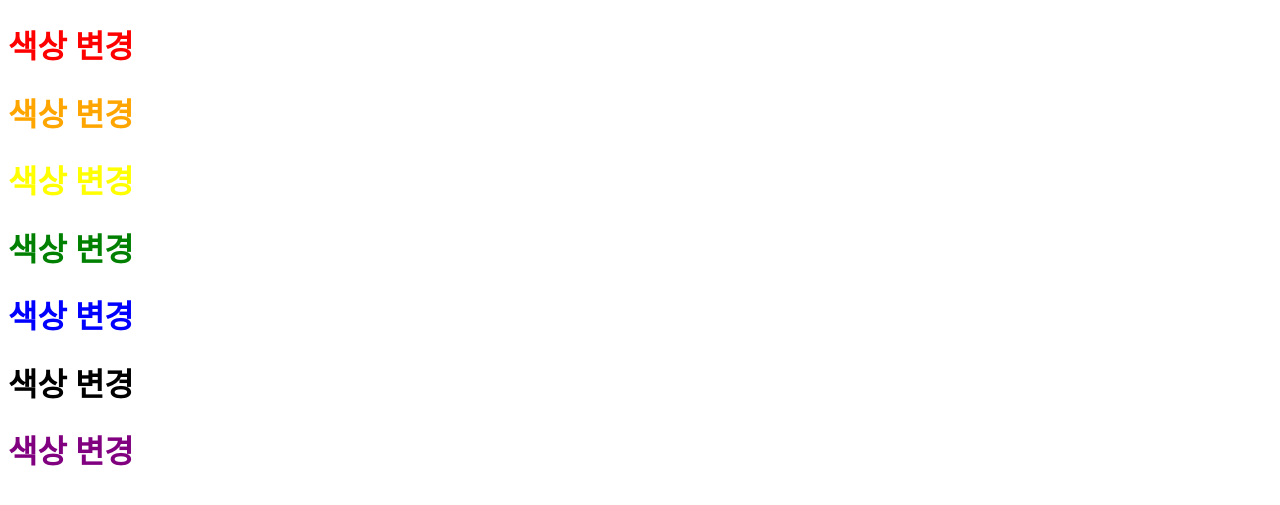
Repository: bbiot317/JSP
Page: http://localhost/Study05/
An editor plug-in stored every save of this project. The page is shown before and after the next save, followed by the edit.
The browser window is 1280 px wide. The pictures show the whole page.
The page is served by Tomcat 9.

Above is the page before, as saved 2022-05-31 06:40:05.

After the next save:
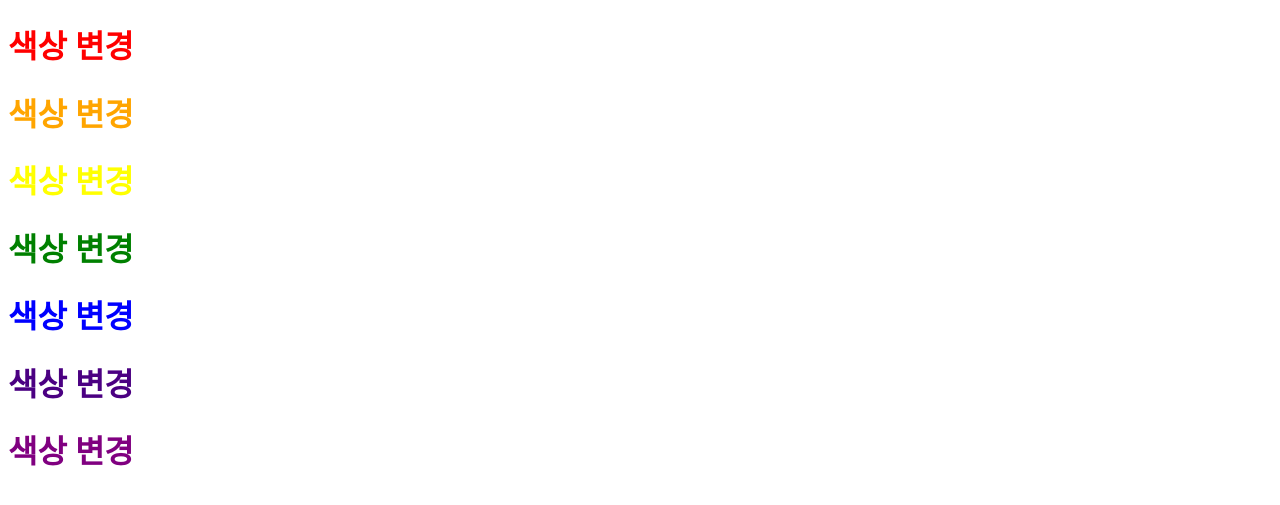
Saved 13 min 39 s later.
--- a/Study05/src/main/webapp/index.jsp
+++ b/Study05/src/main/webapp/index.jsp
@@ -11,6 +11,7 @@
 		<%
 			String temp="색상 변경";
 			String temp2="";
+			String[] co=new String[]{"red","orange"};
 			for(int i=0; i<7; i++){
 				switch(i){
 				case 0:
@@ -29,7 +30,7 @@
 					temp2="blue";
 					break;
 				case 5:
-					temp2="black";
+					temp2="indigo";
 					break;
 				case 6:
 					temp2="purple";
